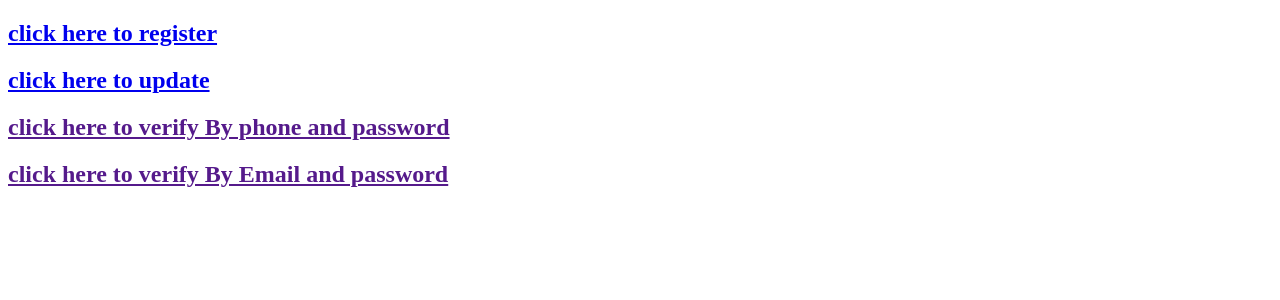
Repository: BharathiGongati/SEHE5Hibernate
Page: http://localhost/UsingMvcSaveTheDataInDataBase/
An editor plug-in stored every save of this project. The page is shown before and after the next save, followed by the edit.
The browser window is 1280 px wide. The pictures show the whole page.
The page is served by Tomcat 9. Other server files are loaded and not shown.

Above is the page before, as saved 2023-07-16 16:51:33.

### SEHE7/UsingMvcSaveTheDataInDataBase/src/main/webapp/home.jsp
<%@ page language="java" contentType="text/html; charset=ISO-8859-1"
    pageEncoding="ISO-8859-1"%>
<!DOCTYPE html>
<html>
<head>
<meta charset="ISO-8859-1">
<title>Insert title here</title>
</head>
<body>
<h2><a href="register.jsp">click here to register</a></h2>
<h2><a href="edit.jsp">click here to update</a></h2>
<h2><a href="">click here to verify By phone and password</a></h2>

<h2><a href="">click here to verify By Email and password</a></h2>


</body>
</html>

After the next save:
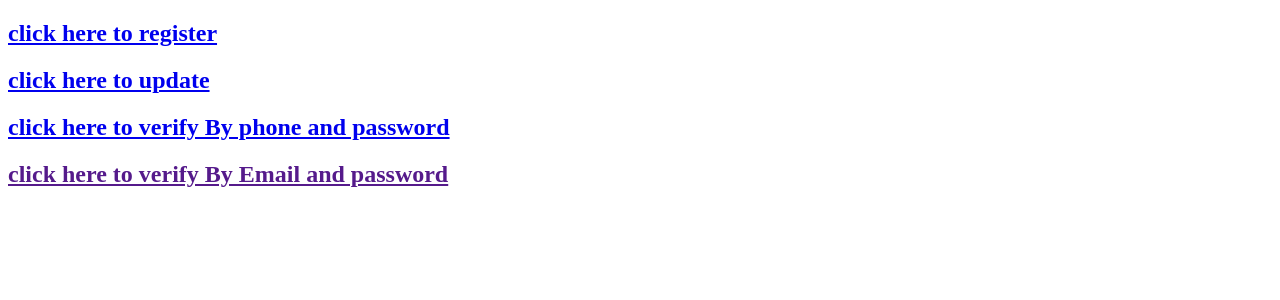
Saved 110 s later.
--- a/SEHE7/UsingMvcSaveTheDataInDataBase/src/main/webapp/home.jsp
+++ b/SEHE7/UsingMvcSaveTheDataInDataBase/src/main/webapp/home.jsp
@@ -9,7 +9,7 @@
 <body>
 <h2><a href="register.jsp">click here to register</a></h2>
 <h2><a href="edit.jsp">click here to update</a></h2>
-<h2><a href="">click here to verify By phone and password</a></h2>
+<h2><a href="view1.jsp">click here to verify By phone and password</a></h2>
 
 <h2><a href="">click here to verify By Email and password</a></h2>
 
